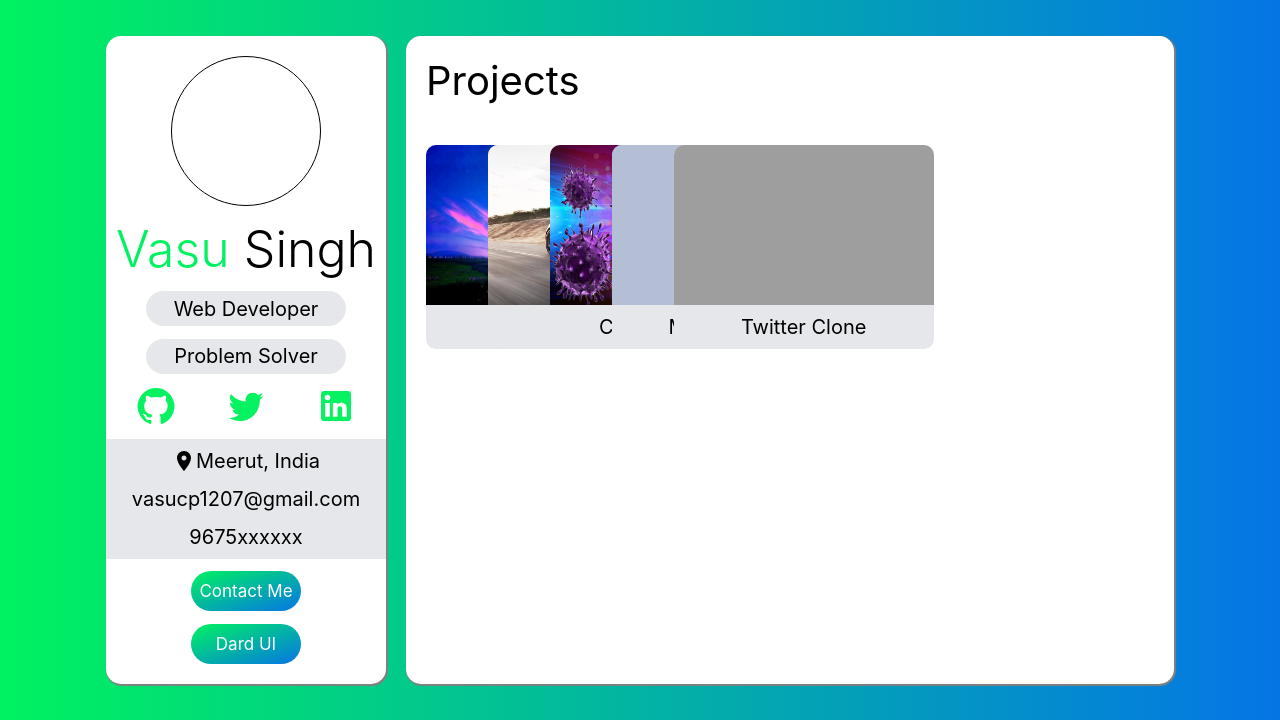
Repository: vasucp1207/grid-port
Page: /projects
These files come from the project's save history. The page is drawn as it stood at one moment and after the next save; the edit follows.
The browser window is 1280 px wide. The pictures show the whole page.
Pictures or frames that could not be fetched are drawn as grey boxes. Some web fonts or font styles are not loaded; a fallback is used. The project was rebuilt for these pictures with package versions that can differ from the ones it lists, and the page was loaded fresh each time. Also part of the build but not shown: src/components/ProgressBar.js, src/components/Right.js, src/pages/AboutMe.js, src/pages/Home.js.

Above is the page before, as saved 2022-08-18 22:22:28.

After the next save:
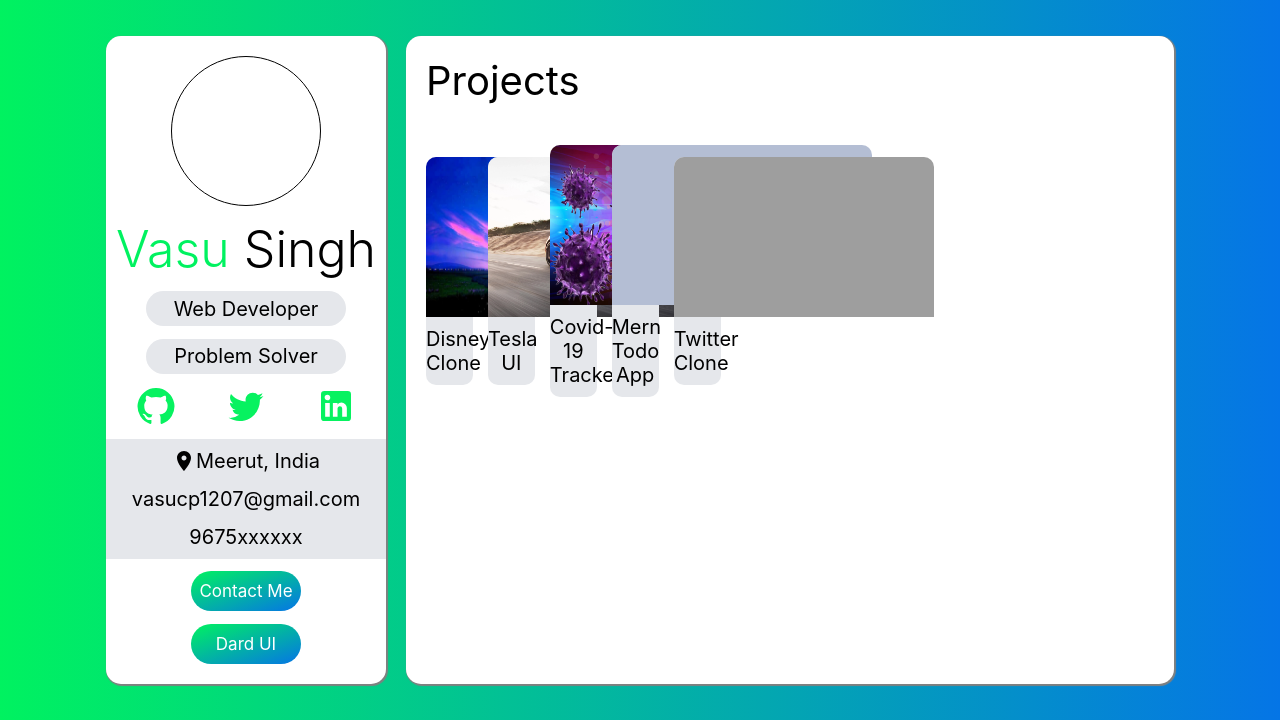
Saved 71 s later.
--- a/src/components/Card.js
+++ b/src/components/Card.js
@@ -19,7 +19,7 @@
   display: flex;
   flex-direction: column;
   background: rgb(229,231,235);
-  width: fit-content;
+  /* width: fit-content; */
   border-radius: 10px;
   cursor: pointer;
 

After the save that followed:
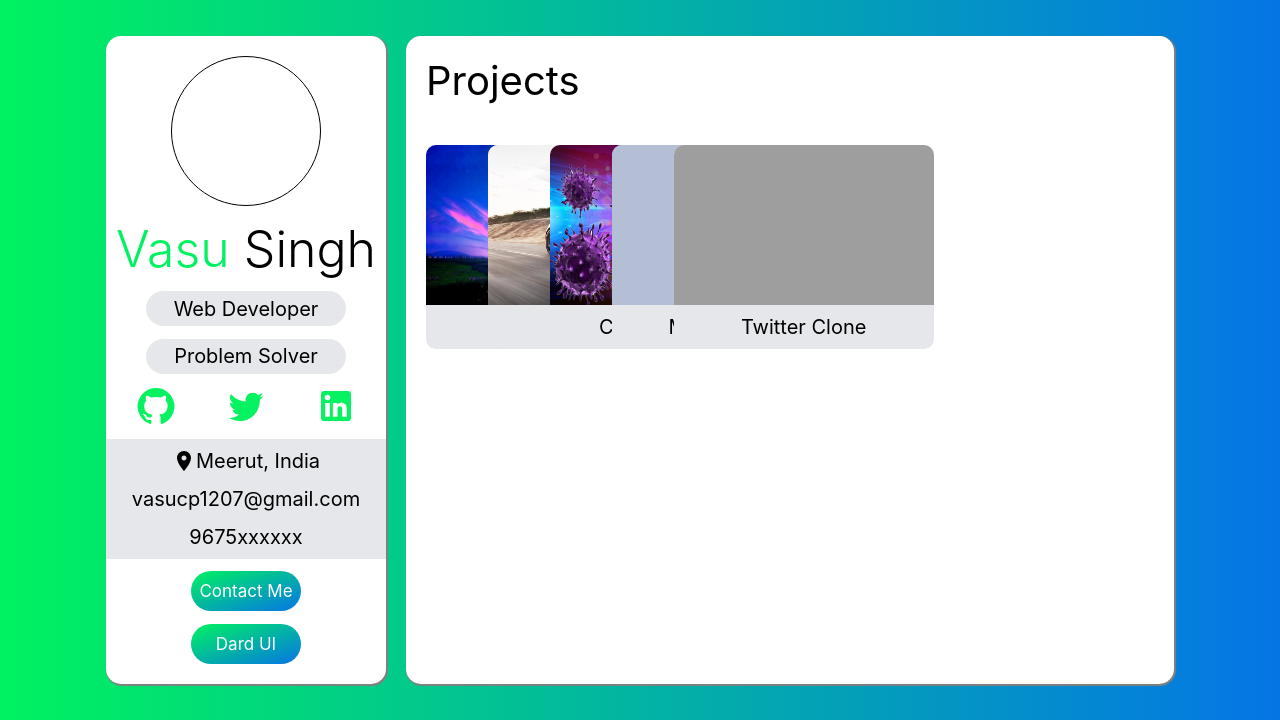
Saved 5 s later.
--- a/src/components/Card.js
+++ b/src/components/Card.js
@@ -19,7 +19,7 @@
   display: flex;
   flex-direction: column;
   background: rgb(229,231,235);
-  /* width: fit-content; */
+  width: fit-content;
   border-radius: 10px;
   cursor: pointer;
 
